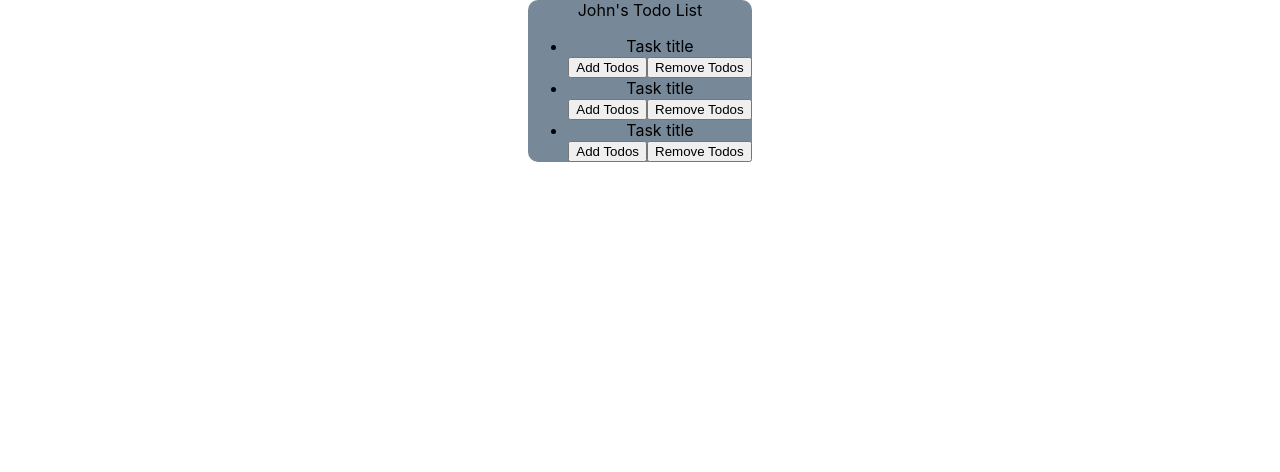
Repository: JohnKang0720/Simple-Todo-List
Page: /
These files come from the project's save history. The page is drawn as it stood at one moment and after the next save; the edit follows.
The browser window is 1280 px wide. The pictures show the whole page.
The project was rebuilt for these pictures with package versions that can differ from the ones it lists, and the page was loaded fresh each time.

Above is the page before, as saved 2021-05-24 21:00:43.

### src/App.js
import logo from './logo.svg';
import './App.css';
import TodoList from './TodoList'
import {taskContext} from './TodoList'
import React, {useContext, useState} from 'react'
import Todoform from './Todoform';


function App() {

  return (
    <TodoList >

    <div className="App">
     John's Todo List
   <Todoform />
    </div>
    </TodoList>

  );
}

export default App;

### src/App.css
.App {
  text-align: center;
}

.App-logo {
  height: 40vmin;
  pointer-events: none;
}

@media (prefers-reduced-motion: no-preference) {
  .App-logo {
    animation: App-logo-spin infinite 20s linear;
  }
}

.App-header {
  background-color: #282c34;
  min-height: 100vh;
  display: flex;
  flex-direction: column;
  align-items: center;
  justify-content: center;
  font-size: calc(10px + 2vmin);
  color: white;
}

.App-link {
  color: #61dafb;
}
body{
  width: 100%;
  height: 100%;
  display: flex;
  align-items: center;
  justify-content: center;
}
.App{
  background: lightslategray;
  width: 100%;
  height: 100%;
  position: relative;
  border-radius: 10px;
  box-shadow:black;

}

@keyframes App-logo-spin {
  from {
    transform: rotate(0deg);
  }
  to {
    transform: rotate(360deg);
  }
}

### src/TodoList.js
import React, {useState, createContext} from 'react'
import Todoform from './Todoform'

export const taskContext = createContext(null)
const TodoList = (props) => {

 const [input, setInput] = useState([
  {task: "Read", id: 1},
  {task: "Dishes", id: 2},
  {task: "HW", id: 3}
 ])

 return(
    <taskContext.Provider value = {{input}}>
    {props.children}
    </taskContext.Provider>
 )
}

export default TodoList

### src/Todoform.js
import React, {useContext} from 'react'
import {taskContext} from './TodoList'
import List from './List'
function Todoform() {
    const {input} = useContext(taskContext)
    return (

        <ul>
            {input.map((task) => {
            return (
            <List/>
            )
            })}
        </ul>

    )
}

export default Todoform

### src/List.js
import React from 'react'

function List() {
    return (
        <li>
            <span> Task title</span>
            <div>
                <button> Add Todos </button>
                <button> Remove Todos </button>
            </div>
        </li>

    )
}

export default List

Loaded but not shown: public/index.html (common file); src/index.js (common file); src/index.css (common file); src/reportWebVitals.js (common file)

After the next save:
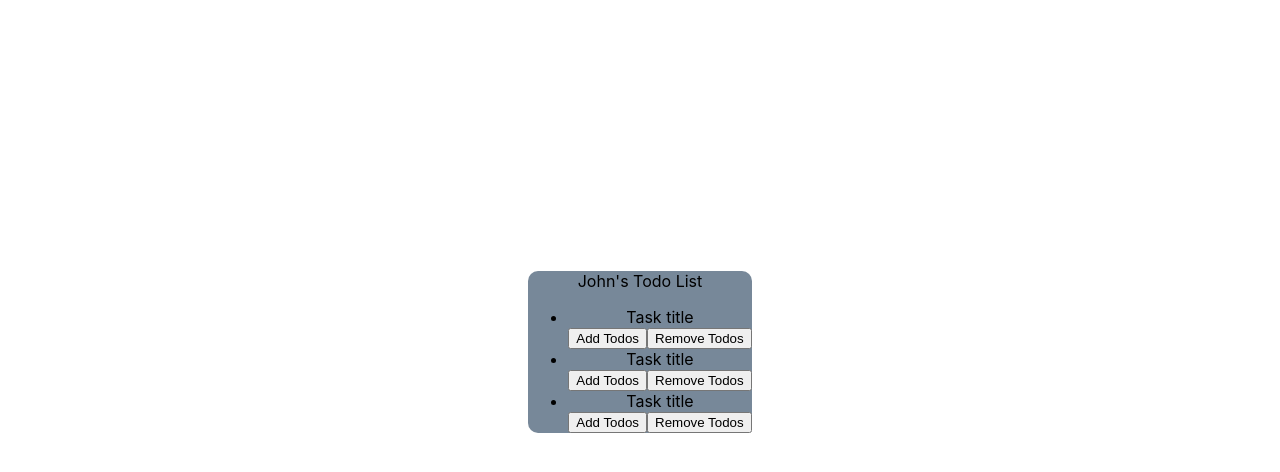
Saved 11 s later.
--- a/src/App.css
+++ b/src/App.css
@@ -27,7 +27,7 @@
 .App-link {
   color: #61dafb;
 }
-body{
+body,html{
   width: 100%;
   height: 100%;
   display: flex;

After the save that followed:
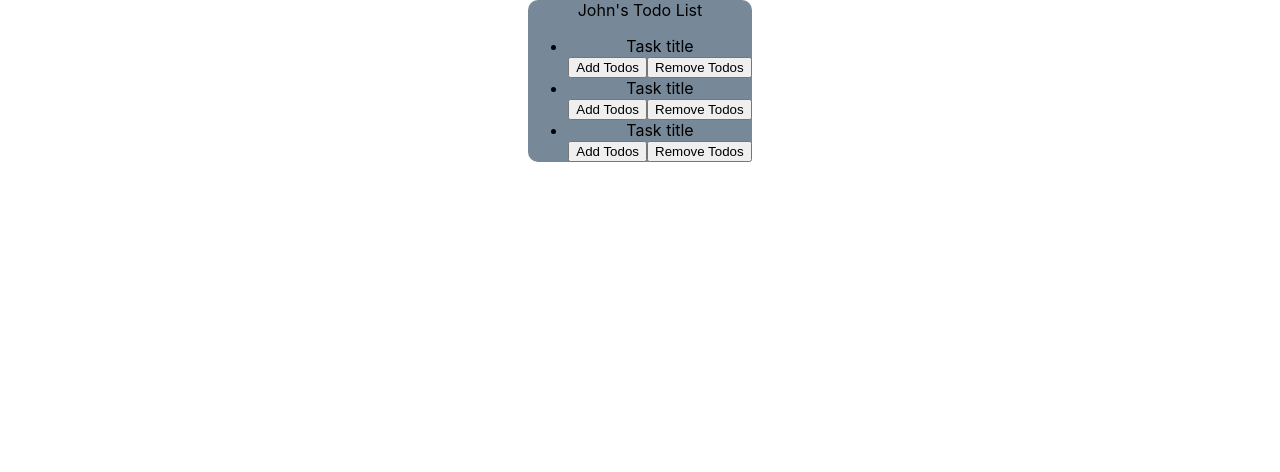
Saved 12 s later.
--- a/src/App.css
+++ b/src/App.css
@@ -31,7 +31,7 @@ body{
   width: 100%;
   height: 100%;
   display: flex;
-  align-items: center;
+  align-items:baseline;
   justify-content: center;
 }
 .App{
